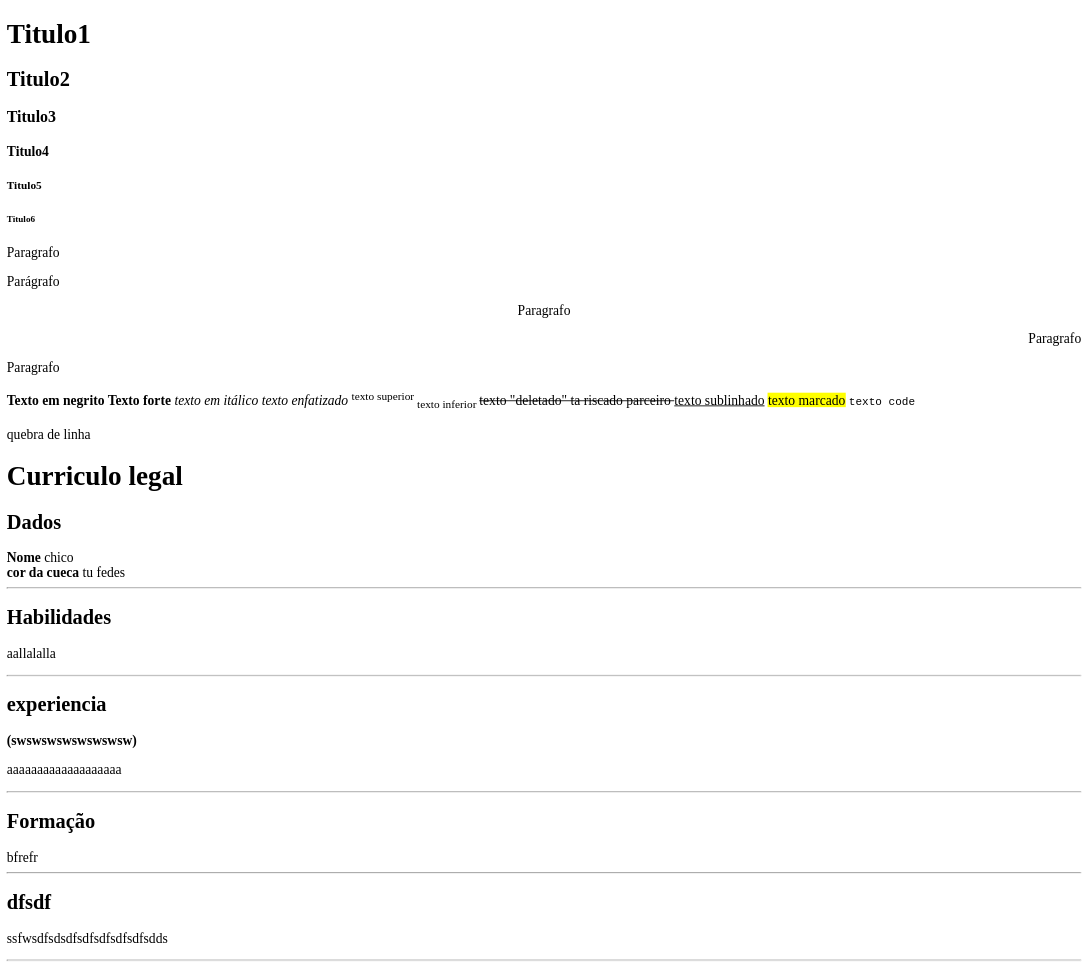
Repository: EmanuelUrbano/introducao_a_tecnologias
Page: estudos/estudo_html/index.html
These files come from the project's save history. The page is drawn as it stood at one moment and after the next save; the edit follows.
The browser window is 1280 px wide. The pictures show the whole page, at 85% of full size.

Above is the page before, as saved 2022-04-03 13:40:54.

After the next save:
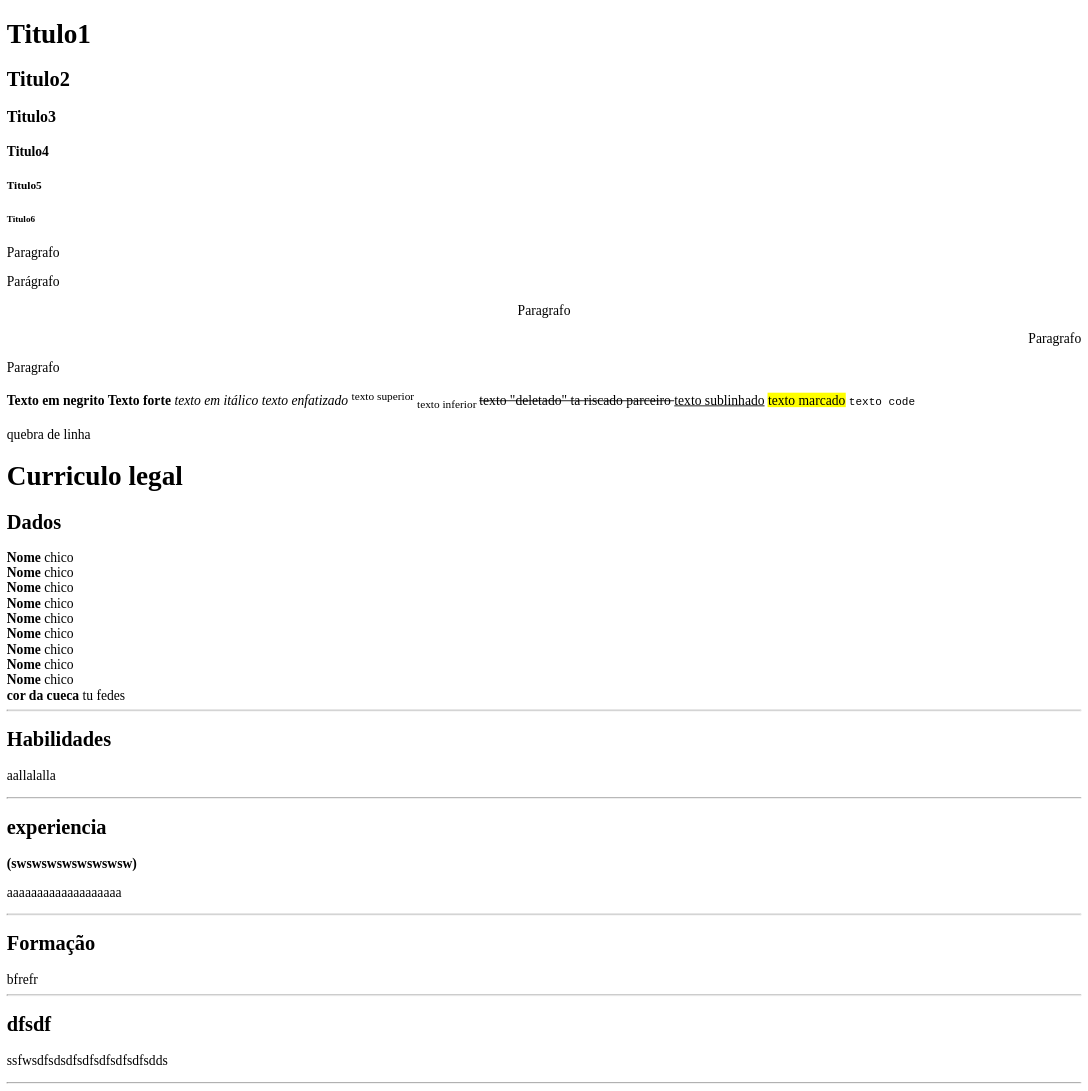
Saved 3 min 1 s later.
--- a/estudos/estudo_html/index.html
+++ b/estudos/estudo_html/index.html
@@ -39,6 +39,14 @@
             <!--Titulo seção-->
             <h2>Dados</h2>
             <!--"formulário"-->
+            <b> Nome </b>chico <br>
+            <b> Nome </b>chico <br>
+            <b> Nome </b>chico <br>
+            <b> Nome </b>chico <br>
+            <b> Nome </b>chico <br>
+            <b> Nome </b>chico <br>
+            <b> Nome </b>chico <br>
+            <b> Nome </b>chico <br>
             <b> Nome </b>chico <br>
             <b>cor da cueca </b>tu fedes<br>
         </section>
